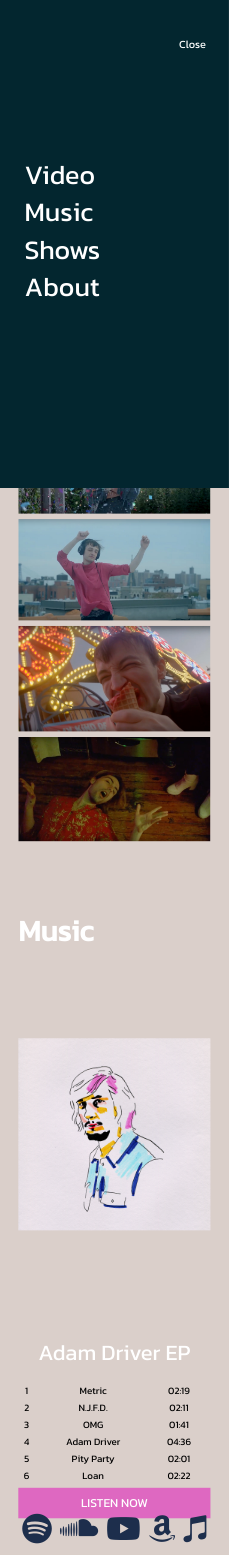
Repository: KrystellBarraza/SipperNYC
Page: index.html
The author's editor kept a copy of each file at every save. The page is drawn from the files as they stood at one save, then again after the next save.
The browser window is 375 px wide. The pictures show the whole page, at 61% of full size.
Some web libraries are served in a nearby version.

Above is the page before, as saved 2019-08-21 14:03:03.

After the next save:
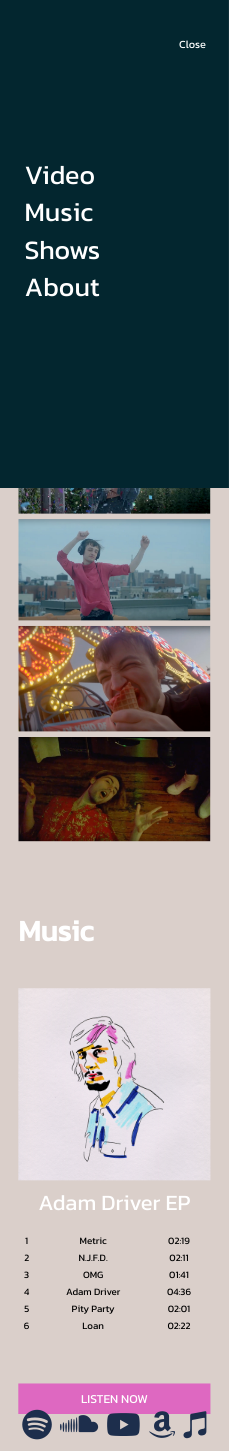
Saved 34 s later.
--- a/style.css
+++ b/style.css
@@ -523,7 +523,7 @@ i.fab:hover {
     .container-music {
         display: grid;
         grid-template-columns: repeat(12, 1fr);
-        grid-template-rows: 1fr 1fr 1fr 1fr auto;
+        grid-template-rows: 1fr 1fr 1fr 1fr 1fr auto;
         grid-gap: 5px;
         grid-column-gap: 20px;
         padding-left: 8%;
